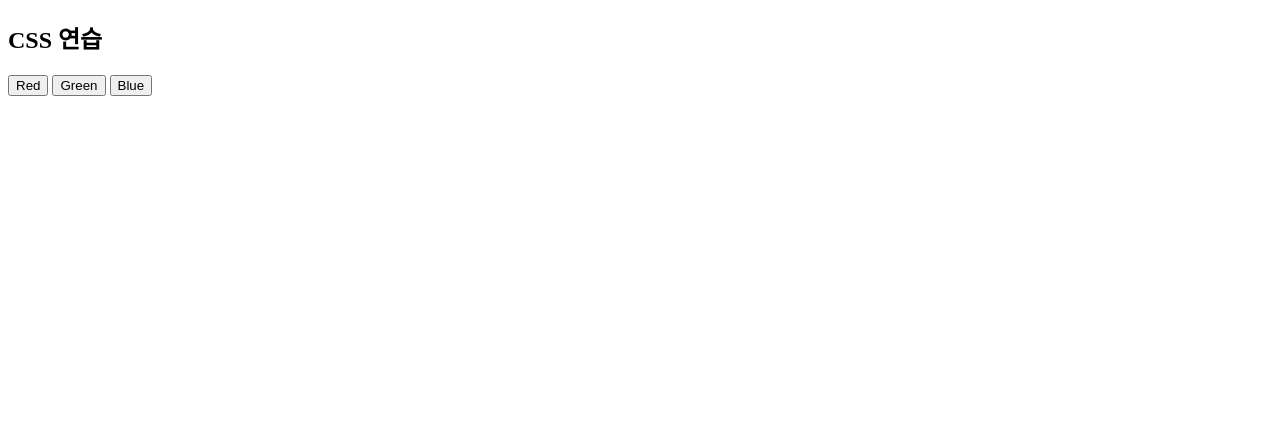
Repository: CHOKIHO/html
Page: work/0109/WebContent/ex7_JS_innerHTML2.html
The author's editor kept a copy of each file at every save. The page is drawn from the files as they stood at one save, then again after the next save.
The browser window is 1280 px wide. The pictures show the whole page.
After loading, the first visible `input` was clicked once.

Above is the page before, as saved 2017-01-09 07:41:52.
Console error: TypeError: document.getelementById is not a function

### work/0109/WebContent/ex7_JS_innerHTML2.html
<!DOCTYPE html>
<html>
<head>
<meta charset="UTF-8">
<title>Insert title here</title>

<style type="text/css">
	div#box {
		width:400px;
		height:250px;
		border: ipx solid #999;
		margin-top: 10px;
		padding:20px;
		font-weight: bold;
		font-size: 14px;
	}

</style>

<script type="text/javascript">

	function setBg(v1) {

		alert(v1);


		var color="";

		switch (v1) {
			case "Red":
				color="#f00";
				break;
			case "Green":
				color="#0f0";
				break;
			case "Blue":
				color="#00f"
				break;
		}

		var box =document.getelementById("box");

		box.style.background=color;    /* 스타일로 지정해야함 */

	}

</script>

</head>
<body>

	<h2>CSS 연습</h2>

	<input type="button" value="Red" onclick="setBg(this.value)">
	<input type="button" value="Green" onclick="setBg(this.value)">
	<input type="button" value="Blue" onclick="setBg(this.value)">


	<div id="box"></div>

</body>
</html>

After the next save:
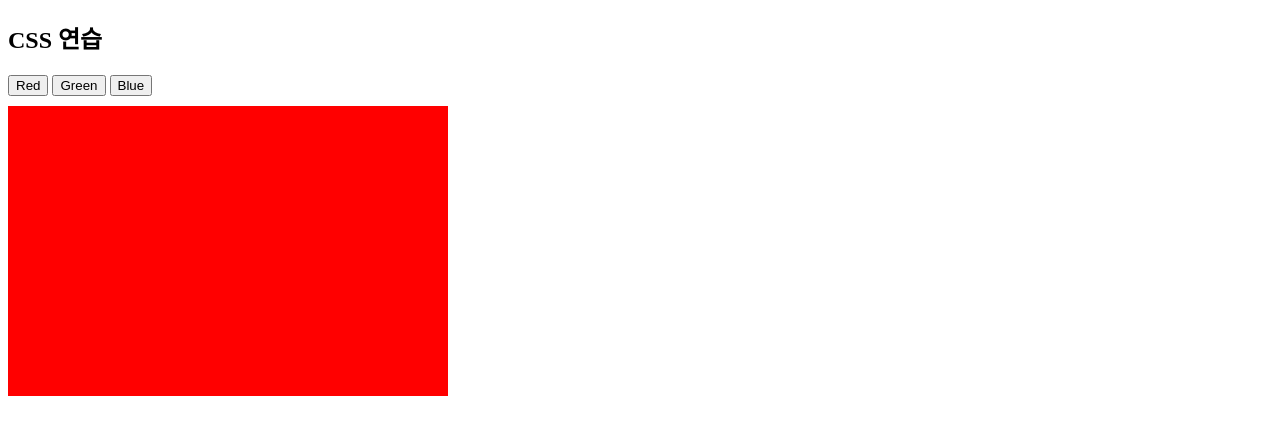
The error is gone.
Saved 26 s later.
--- a/work/0109/WebContent/ex7_JS_innerHTML2.html
+++ b/work/0109/WebContent/ex7_JS_innerHTML2.html
@@ -38,7 +38,7 @@
 				break;
 		}
 
-		var box =document.getelementById("box");
+		var box =document.getElementById("box");
 
 		box.style.background=color;    /* 스타일로 지정해야함 */
 
